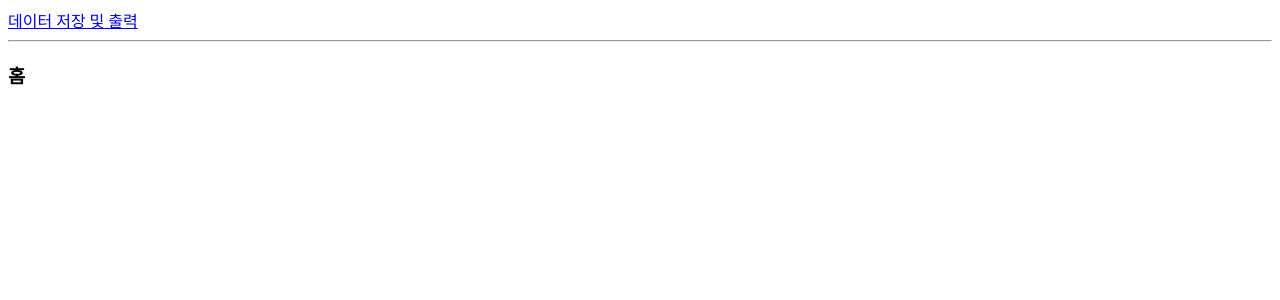
Repository: hyewoon/web
Page: http://localhost/servlet04/
An editor plug-in stored every save of this project. The page is shown before and after the next save, followed by the edit.
The browser window is 1280 px wide. The pictures show the whole page.
The page is served by Tomcat 9. Other server files are loaded and not shown.

Above is the page before, as saved 2022-11-16 08:47:08.

### servlet04/src/main/webapp/index.jsp
<%@ page language="java" contentType="text/html; charset=UTF-8"
    pageEncoding="UTF-8"%>
<!DOCTYPE html>
<html>
<head>
<meta charset="UTF-8">
<title>Insert title here</title>
</head>
<body>
<div> <a href ='scope/scope_data.jsp'>데이터 저장 및 출력</a>  </div>
<hr>
<h3>홈</h3>
</body>
</html>

After the next save:
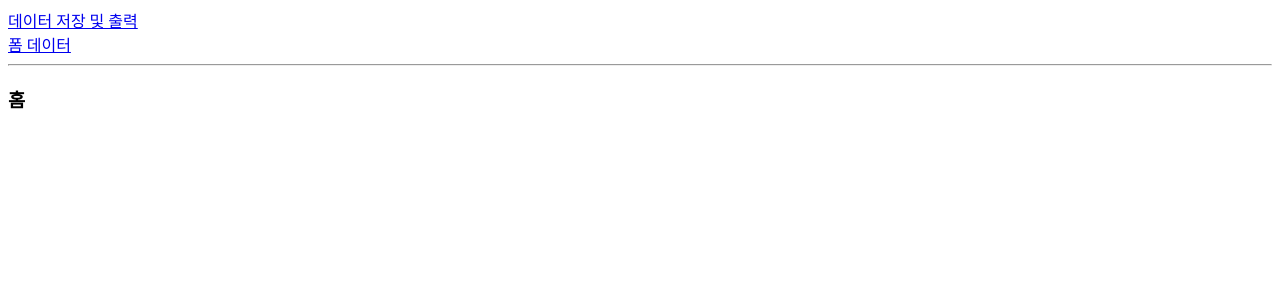
Saved 68 s later.
--- a/servlet04/src/main/webapp/index.jsp
+++ b/servlet04/src/main/webapp/index.jsp
@@ -8,6 +8,7 @@
 </head>
 <body>
 <div> <a href ='scope/scope_data.jsp'>데이터 저장 및 출력</a>  </div>
+<div> <a href ='parameter/form_data.jsp'>폼 데이터</a>  </div>
 <hr>
 <h3>홈</h3>
 </body>
